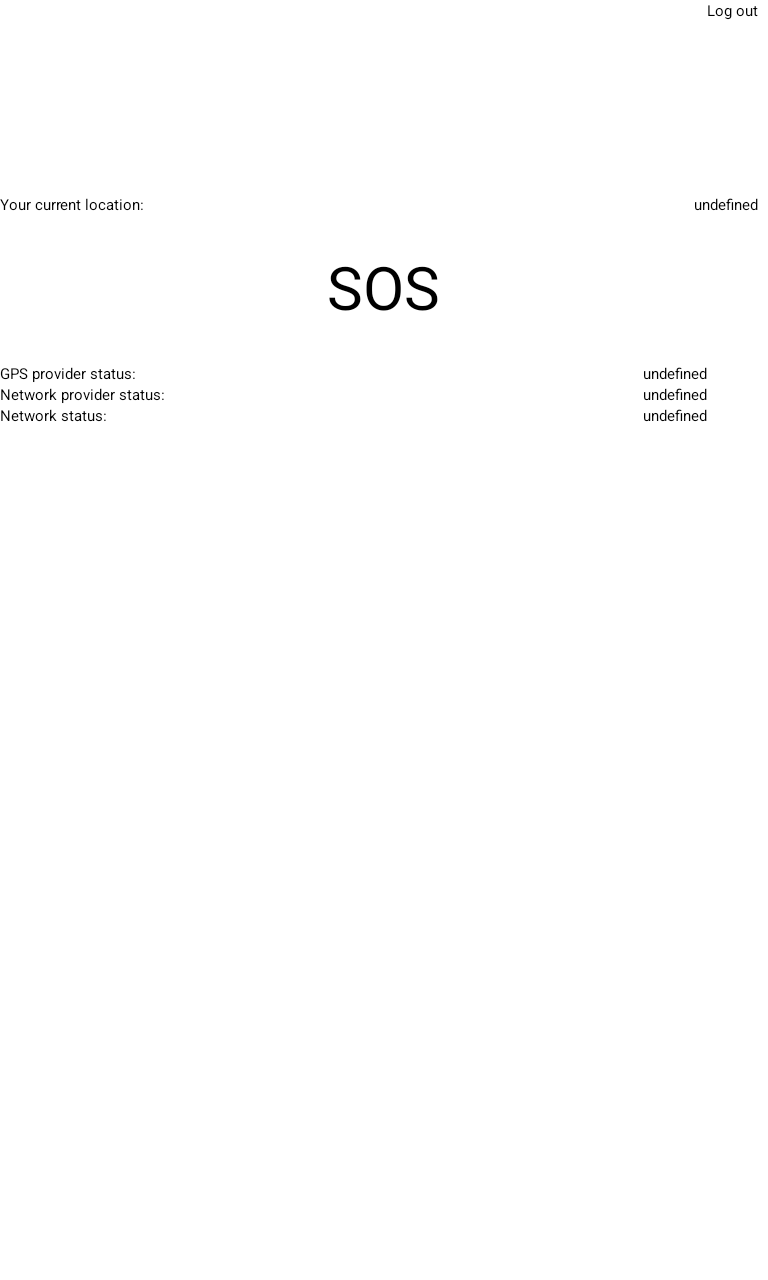
Repository: yuryk53/GTrackerRepository
Layout: GTracker/res/layout/main.xml
An editor plug-in stored every save of this project. The layout is shown before and after the next save, followed by the edit.
It is drawn on a 768 x 1280 px phone screen (xhdpi) without system bars, with theme AppTheme; the app's code is not run. The app's manifest (not shown) leaves right-to-left support off. So textAlignment, textDirection and layoutDirection are ignored, and left and right values win over start and end ones.

Above is the layout before, as saved 2015-11-13 22:07:56.

### GTracker/res/layout/main.xml
<?xml version="1.0" encoding="utf-8"?>
<RelativeLayout xmlns:android="http://schemas.android.com/apk/res/android"
    android:layout_width="match_parent"
    android:layout_height="match_parent"
    android:layout_marginLeft="5dp"
    android:layout_marginTop="5dp"
    android:contentDescription="@drawable/gear"
    android:orientation="vertical" >

    <Switch
        android:id="@+id/switchLocator"
        android:layout_width="wrap_content"
        android:layout_height="wrap_content"
        android:layout_alignBottom="@+id/button1"
        android:layout_alignParentLeft="true"
        android:layout_alignParentTop="true" />

    <Button
        android:id="@+id/button1"
        android:layout_width="wrap_content"
        android:layout_height="wrap_content"
        android:layout_alignParentRight="true"
        android:layout_alignParentTop="true"
        android:layout_marginRight="5dp"
        android:text="@string/logout_btn_text" />

    <Button
        android:id="@+id/button2"
        android:layout_width="wrap_content"
        android:layout_height="wrap_content"
        android:layout_below="@+id/switch1"
        android:layout_centerHorizontal="true"
        android:layout_marginTop="123dp"
        android:text="@string/sos_btn_text"
        android:textSize="30sp" />

    <Spinner
        android:id="@+id/upd_interval_spinner"
        android:layout_width="fill_parent"
        android:layout_height="wrap_content"
        android:layout_alignParentBottom="true"
        android:layout_alignParentLeft="true"
        android:layout_alignParentStart="true"
        android:layout_marginBottom="17dp"
        android:prompt="@string/spinner_upd_interval_title" />

    <TextView
        android:id="@+id/textView1"
        android:layout_width="wrap_content"
        android:layout_height="wrap_content"
        android:layout_alignBaseline="@+id/textViewCoordinates"
        android:layout_alignBottom="@+id/textViewCoordinates"
        android:layout_alignParentLeft="true"
        android:text="@string/curr_location_string" />

    <TextView
        android:id="@+id/textView2"
        android:layout_width="wrap_content"
        android:layout_height="wrap_content"
        android:layout_alignParentLeft="true"
        android:layout_below="@+id/button2"
        android:layout_marginTop="18dp"
        android:text="GPS provider status: " />

    <TextView
        android:id="@+id/textViewCoordinates"
        android:layout_width="wrap_content"
        android:layout_height="wrap_content"
        android:layout_alignRight="@+id/button1"
        android:layout_below="@+id/textViewGPSStatus"
        android:layout_marginTop="97dp"
        android:layout_toRightOf="@+id/textViewGPSStatus"
        android:text="undefined" />

    <TextView
        android:id="@+id/textView3"
        android:layout_width="wrap_content"
        android:layout_height="wrap_content"
        android:layout_alignParentLeft="true"
        android:layout_below="@+id/textView2"
        android:text="Network provider status:" />

    <TextView
        android:id="@+id/textViewNetworkProviderStatus"
        android:layout_width="wrap_content"
        android:layout_height="wrap_content"
        android:layout_alignBaseline="@+id/textView2"
        android:layout_alignBottom="@+id/textView2"
        android:layout_toLeftOf="@+id/button1"
        android:text="undefined" />

    <TextView
        android:id="@+id/textViewGPSProviderStatus"
        android:layout_width="wrap_content"
        android:layout_height="wrap_content"
        android:layout_alignBaseline="@+id/textView3"
        android:layout_alignBottom="@+id/textView3"
        android:layout_alignLeft="@+id/textViewNetworkProviderStatus"
        android:text="undefined" />

    <TextView
        android:id="@+id/textView4"
        android:layout_width="wrap_content"
        android:layout_height="wrap_content"
        android:layout_alignParentLeft="true"
        android:layout_alignRight="@+id/textView3"
        android:layout_below="@+id/textView3"
        android:text="Network status:" />

    <TextView
        android:id="@+id/textViewNetStatus"
        android:layout_width="wrap_content"
        android:layout_height="wrap_content"
        android:layout_alignBaseline="@+id/textView4"
        android:layout_alignBottom="@+id/textView4"
        android:layout_alignLeft="@+id/textViewGPSProviderStatus"
        android:text="undefined" />

    <Button
        android:id="@+id/button3"
        android:layout_width="wrap_content"
        android:layout_height="wrap_content"
        android:layout_alignParentTop="true"
        android:layout_toRightOf="@+id/textView2"
        android:contentDescription="@drawable/gear"
        android:minWidth="48dp" />

</RelativeLayout>

### GTracker/res/values/strings.xml
<?xml version="1.0" encoding="utf-8"?>
<resources>

    <string name="app_name">GTracker</string>
    <string name="hello_world">Hello world!</string>
    <string name="action_settings">Settings</string>
    <string name="email_string">E-mail</string>
    <string name="pass_string">Password</string>
    <string name="btn_submit_text">Submit</string>
    <string name="about_string">About</string>
    <string name="logout_btn_text">Log out</string>
    <string name="sos_btn_text">SOS</string>
    <string name="spinner_upd_interval_title">Update Interval</string>
    <string name="curr_location_string">Your current location:</string>

</resources>

After the next save:
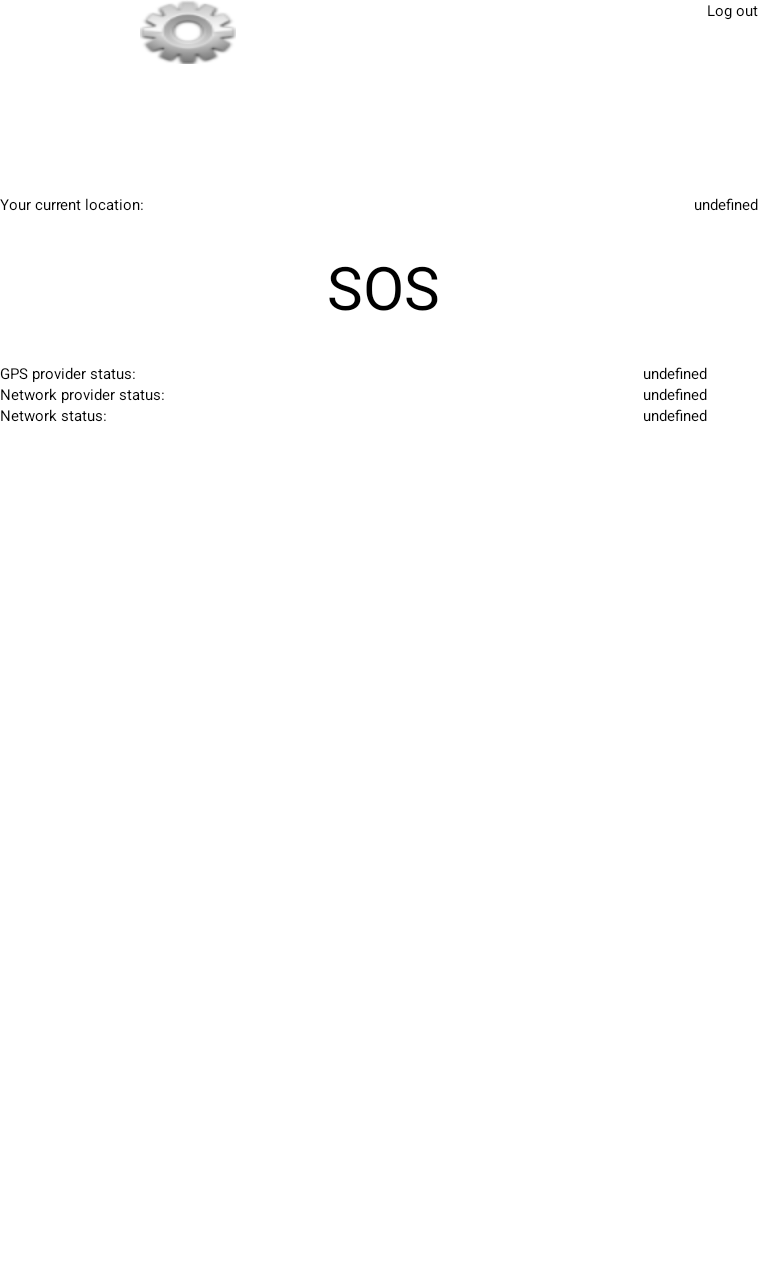
Saved 98 s later.
--- a/GTracker/res/layout/main.xml
+++ b/GTracker/res/layout/main.xml
@@ -122,7 +122,7 @@
         android:layout_height="wrap_content"
         android:layout_alignParentTop="true"
         android:layout_toRightOf="@+id/textView2"
-        android:contentDescription="@drawable/gear"
+        android:background="@drawable/gear"
         android:minWidth="48dp" />
 
 </RelativeLayout>
